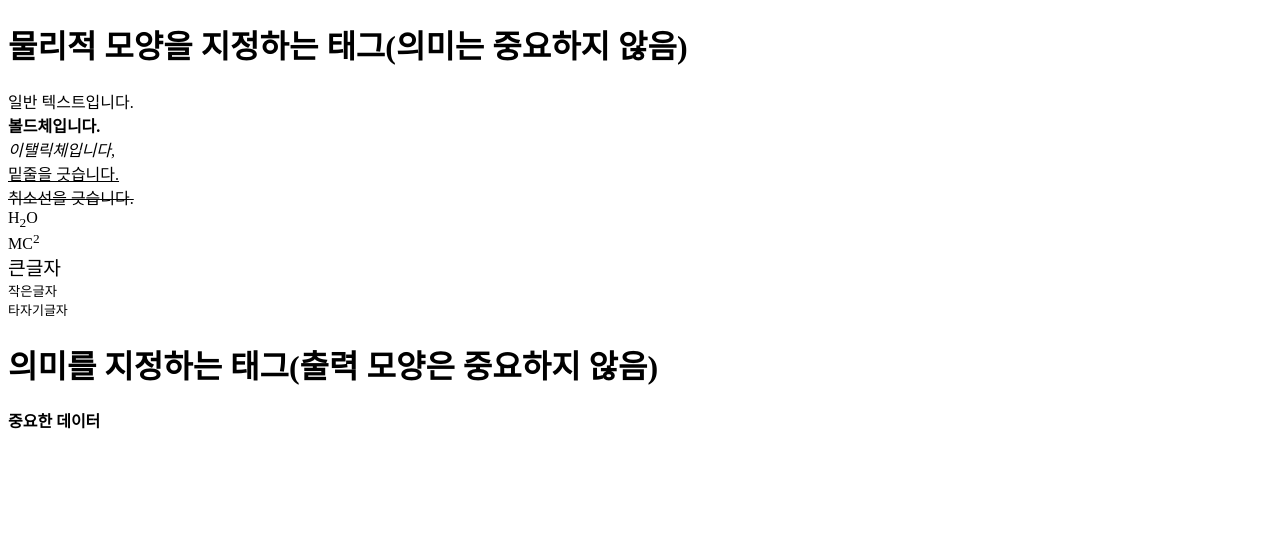
Repository: ssj5037/Class-Study
Page: [5] HTML, CSS, JavaScript/ClientTest/WebContent/Ex09_style.html
An editor plug-in stored every save of this project. The page is shown before and after the next save, followed by the edit.
The browser window is 1280 px wide. The pictures show the whole page.

Above is the page before, as saved 2020-06-19 00:47:06.

### [5] HTML, CSS, JavaScript/ClientTest/WebContent/Ex09_style.html
<!DOCTYPE html>
<html>
<head>
<meta charset="UTF-8">
<title>Insert title here</title>
</head>
<body>

	<!-- Ex09_style.html -->

	<h1>물리적 모양을 지정하는 태그(의미는 중요하지 않음)</h1>
	일반 텍스트입니다.<br>
	<b>볼드체입니다.</b><br> <!-- bold -->
	<i>이탤릭체입니다,</i><br> <!-- italic -->
	<u>밑줄을 긋습니다.</u><br> <!-- underline -->
	<strike>취소선을 긋습니다.</strike><br>
	H<sub>2</sub>O<br> <!-- 밑첨자 -->
	MC<sup>2</sup><br> <!-- 윗첨자 -->
	<big>큰글자</big><br>
	<small>작은글자</small><br>
	<tt>타자기글자</tt>

	<!-- CSS로 기능이 넘겨진 것들이어서 쓰지말라고 노란밑줄로 경고 -->


	<h1>의미를 지정하는 태그(출력 모양은 중요하지 않음)</h1>
	<strong>중요한 데이터</strong>

</body>
</html>

After the next save:
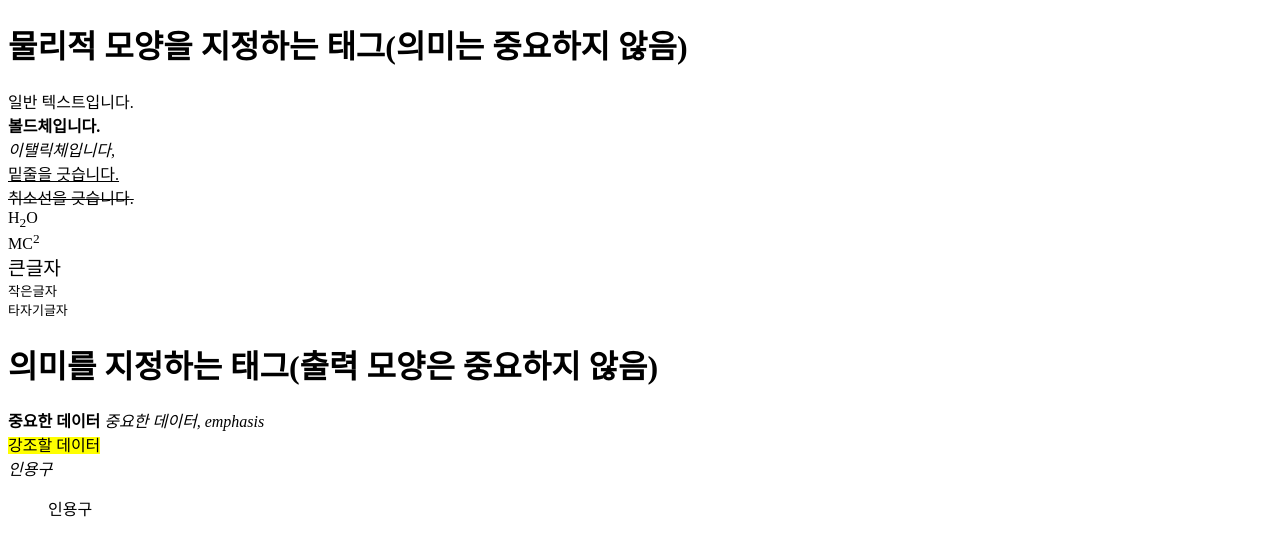
Saved 24 min 4 s later.
--- a/[5] HTML, CSS, JavaScript/ClientTest/WebContent/Ex09_style.html
+++ b/[5] HTML, CSS, JavaScript/ClientTest/WebContent/Ex09_style.html
@@ -25,6 +25,9 @@
 
 	<h1>의미를 지정하는 태그(출력 모양은 중요하지 않음)</h1>
 	<strong>중요한 데이터</strong>
-
+	<em>중요한 데이터, emphasis</em><br>
+	<mark>강조할 데이터</mark><br>
+	<cite>인용구</cite><br>
+	<blockquote>인용구</blockquote>
 </body>
 </html>
